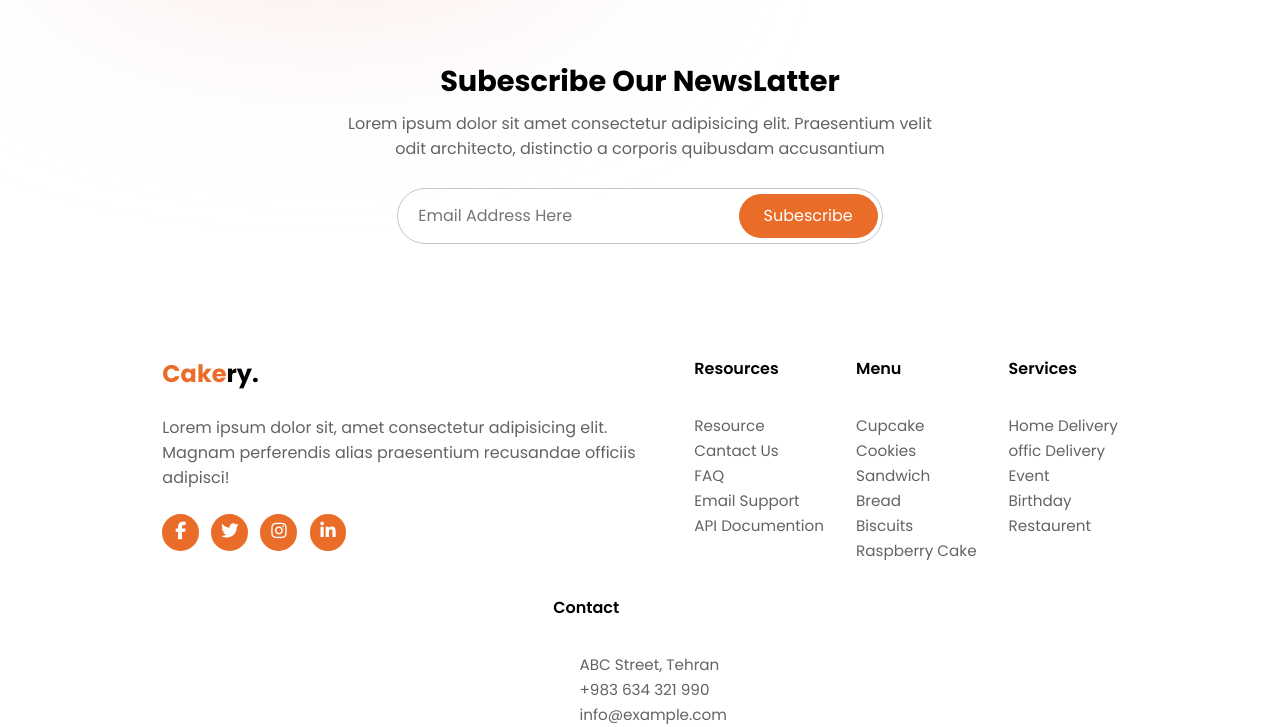
Repository: kingamirhosein100000-maker/cake.shop
Page: index.html
An editor plug-in stored every save of this project. The page is shown before and after the next save, followed by the edit.
The browser window is 1280 px wide. The pictures show the part of the page from y = 4552 to 5351 px (the page is 5279 px tall before and 5351 px after).
A picture or video elsewhere on the page could not be fetched, so the positions and the page height are approximate. Some web libraries are served in a nearby version.

Above is the page before, as saved 2026-01-29 18:02:53.

After the next save:
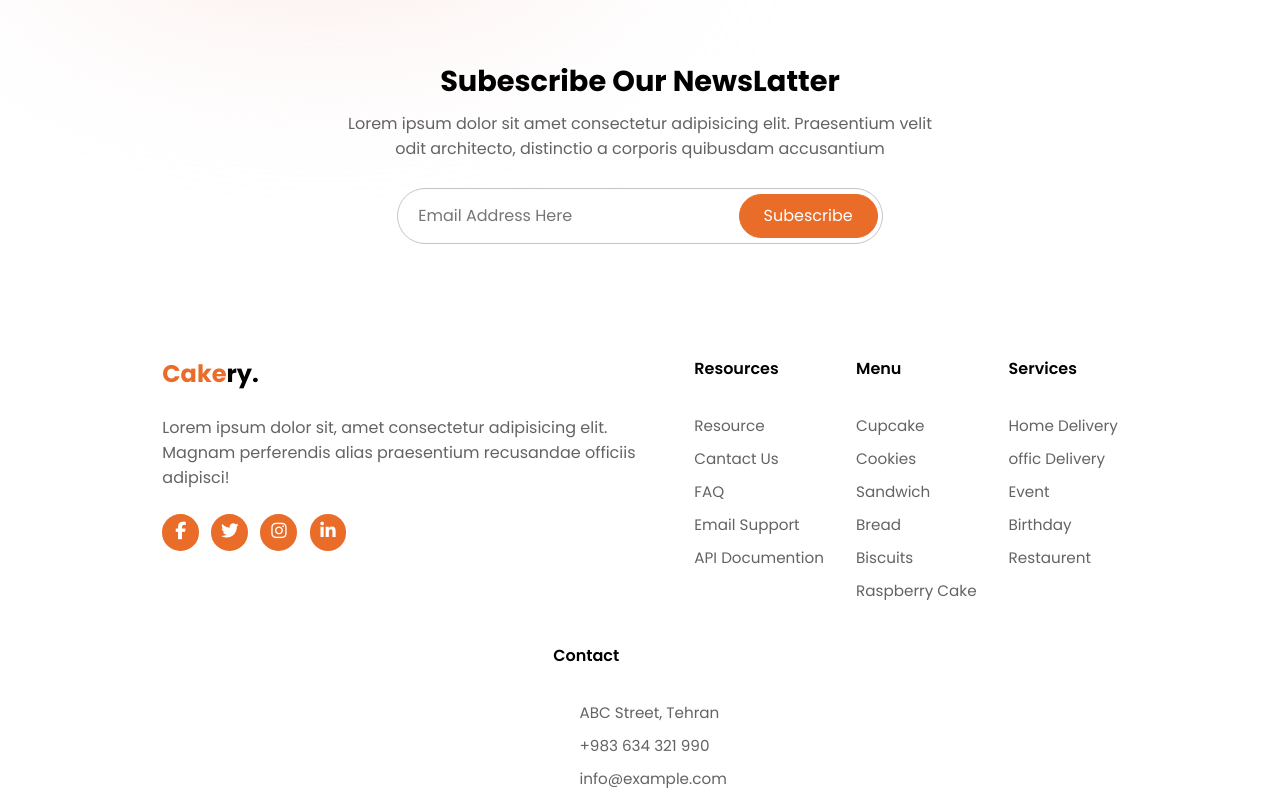
Saved 4 s later.
--- a/style.css
+++ b/style.css
@@ -337,5 +337,5 @@
                         margin-top: 2rem;
                     }
                     .footer-list li{
-                        margin-block:.5rm ;
-                    }
+                        margin-block:.5rem ;
+                    }
